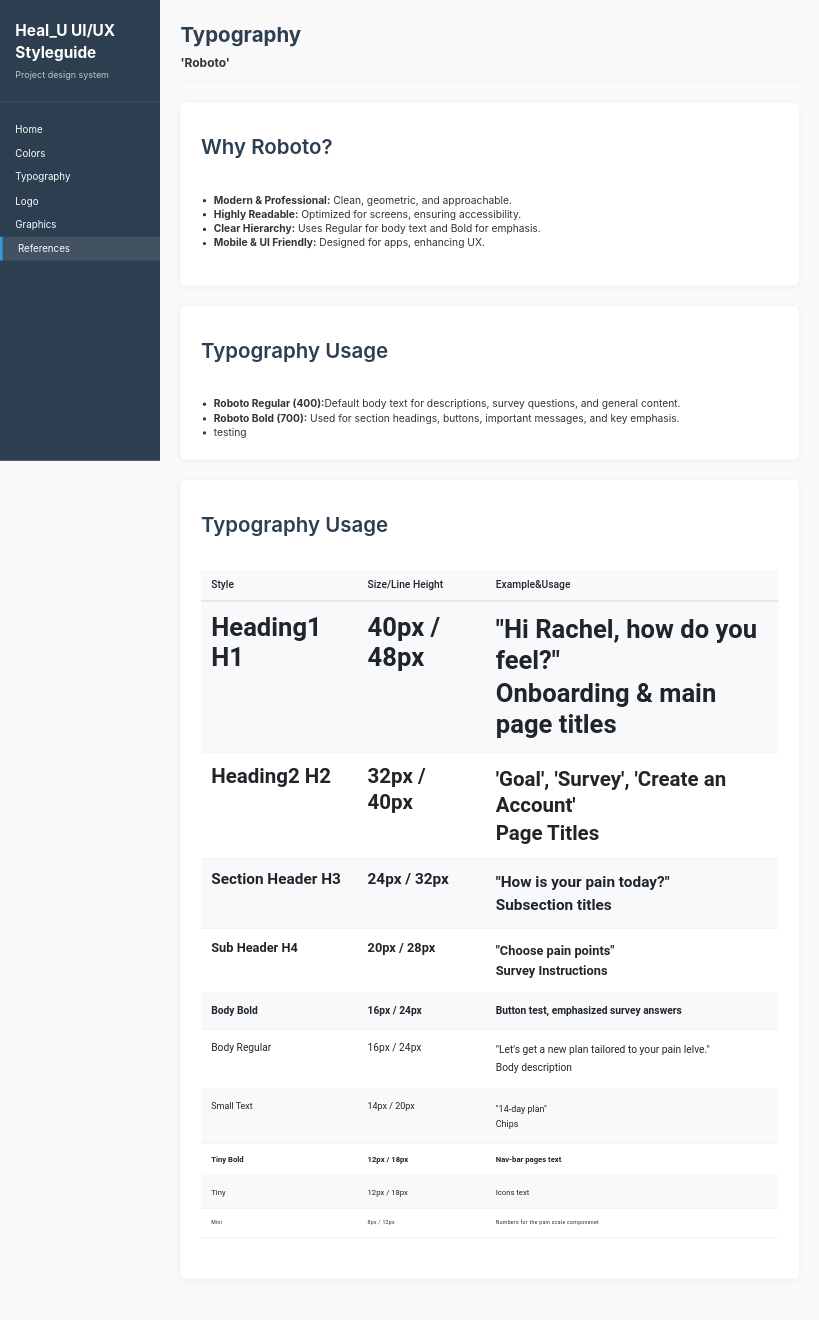
Repository: rosielee09/Heal_U
Page: typography.html
An editor plug-in stored every save of this project. The page is shown before and after the next save, followed by the edit.
The browser window is 1280 px wide. The pictures show the whole page, at 64% of full size.

Above is the page before, as saved 2025-04-06 10:21:28.

After the next save:
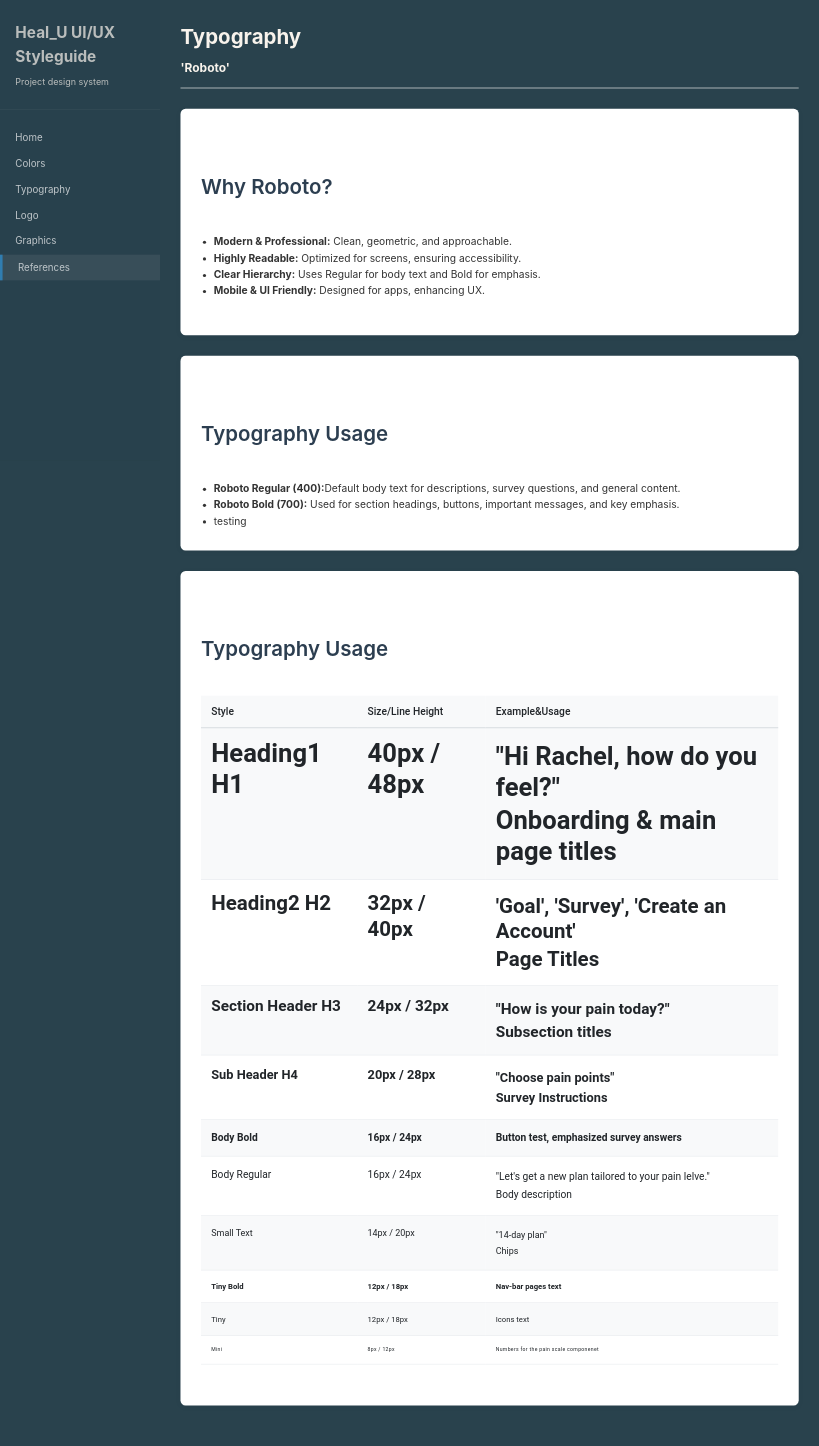
Saved 24 s later.
--- a/styles.css
+++ b/styles.css
@@ -6,9 +6,16 @@
 
 body {
     font-family: 'Inter', -apple-system, BlinkMacSystemFont, 'Segoe UI', Roboto, Oxygen, Ubuntu, Cantarell, sans-serif;
-    line-height: 1.4;
+    line-height: 1.6;
     color: #333;
-    background-color: #f9f9f9;
+    background: #29424D;
+
+    margin: 0;
+    padding: 0;
+    width: 100vw;
+    height: 100vh;
+
+
 }
 
 /* Layout */
@@ -20,13 +27,15 @@ body {
 /* Sidebar Navigation */
 .sidebar {
     width: 250px;
-    background-color: #2c3e50;
-    color: #fff;
+    background-color: #29424D;
+    color: #F8F3EC;
     padding: 2rem 0;
     position: fixed;
     height: 100vh;
-    overflow-y: auto;
-}
+    overflow-y: hidden;
+    opacity: 0.7;
+}
+
 
 .sidebar-header {
     padding: 0 1.5rem 2rem;
@@ -41,7 +50,7 @@ body {
 
 .sidebar-header p {
     font-size: 0.875rem;
-    opacity: 0.7;
+    opacity: 1;
 }
 
 .nav {
@@ -67,8 +76,79 @@ body {
 }
 
 .nav a:hover {
-    opacity: 0.8;
-}
+    opacity: 1;
+}
+
+
+/* Home page animation */
+.body-homepage{
+    overflow: hidden;
+    position: relative;
+    display: flex;
+    align-items: center;
+}
+.animation--title {
+    text-align: right;
+    display: flex;
+    flex-direction: column;
+    justify-content: flex-end;
+    margin-left: 55rem; /* Push to the right side */
+    margin-right: 5%; /* Keep some space from the edge */
+    width: 50%;
+  }
+
+  .animation--title-head {
+
+    color: #F8F3EC;
+    font-size: 8rem;
+    line-height: 1.2;
+    font-weight: bold;
+    letter-spacing: 2px;
+    font-family: 'Roboto', sans-serif;
+    text-transform: uppercase;
+
+  }
+
+  .animation--title-subhead {
+    color: #F8F3EC;
+    font-size: 2rem;
+    line-height: 2;
+    font-family: 'Roboto', sans-serif;
+    font-style: italic;
+  }
+
+  .animation--title-member {
+    color: #F8F3EC;
+    font-size: 1.4rem;
+    line-height: 1.4;
+    font-family: 'Roboto', sans-serif;
+
+  }
+
+
+
+  .blob {
+    position: absolute;
+    top: 0;
+    left: 0;
+    fill: #CFC4F4;
+    width: 50vmax;
+    z-index: -1;
+    animation: move 10s ease-in-out infinite;
+    transform-origin: 50% 50%;
+  }
+
+  @keyframes move {
+    0%   { transform: scale(1)   translate(10px, -30px); }
+    38%  { transform: scale(0.8, 1) translate(80vw, 30vh) rotate(160deg); }
+    40%  { transform: scale(0.8, 1) translate(80vw, 30vh) rotate(160deg); }
+    78%  { transform: scale(1.3) translate(0vw, 50vh) rotate(-20deg); }
+    80%  { transform: scale(1.3) translate(0vw, 50vh) rotate(-20deg); }
+    100% { transform: scale(1)   translate(10px, -30px); }
+  }
+
+
+
 
 /* Main Content */
 .content {
@@ -87,12 +167,12 @@ body {
 .page-header h2 {
     font-size: 2rem;
     font-weight: 700;
-    color: #2c3e50;
+    color: #F8F3EC;
     margin-bottom: 0.5rem;
 }
 
 .page-header p {
-    color: #7f8c8d;
+    color: #F8F3EC;
     font-size: 1.1rem;
 }
 
@@ -102,7 +182,6 @@ body {
     border-radius: 8px;
     box-shadow: 0 2px 10px rgba(0, 0, 0, 0.05);
     padding: 2rem;
-    padding-top: 1rem;
     margin-bottom: 2rem;
 }
 
@@ -118,7 +197,7 @@ body {
 .component-title {
     font-size: 2rem;
     font-weight: 600;
-    margin-top: 2rem;
+    margin-top: 4rem;
     margin-bottom: 3rem;
     color: #2c3e50;
 }
@@ -139,7 +218,7 @@ body {
     display: grid;
     grid-template-columns: repeat(auto-fill, minmax(300px, 2fr));
     gap: 1.5rem;
-    align-items: start;
+    align-items: center;
 }
 
 .color-grid__Accessiblilliy {
@@ -279,6 +358,9 @@ body {
 /* Import Roboto font with multiple weights */
 @import url('https://fonts.googleapis.com/css2?family=Roboto:wght@400;500;700&display=swap');
 
+.component-title-typography{
+    color: #F8F3EC;
+}
 
 /* Table styling */
 table {
